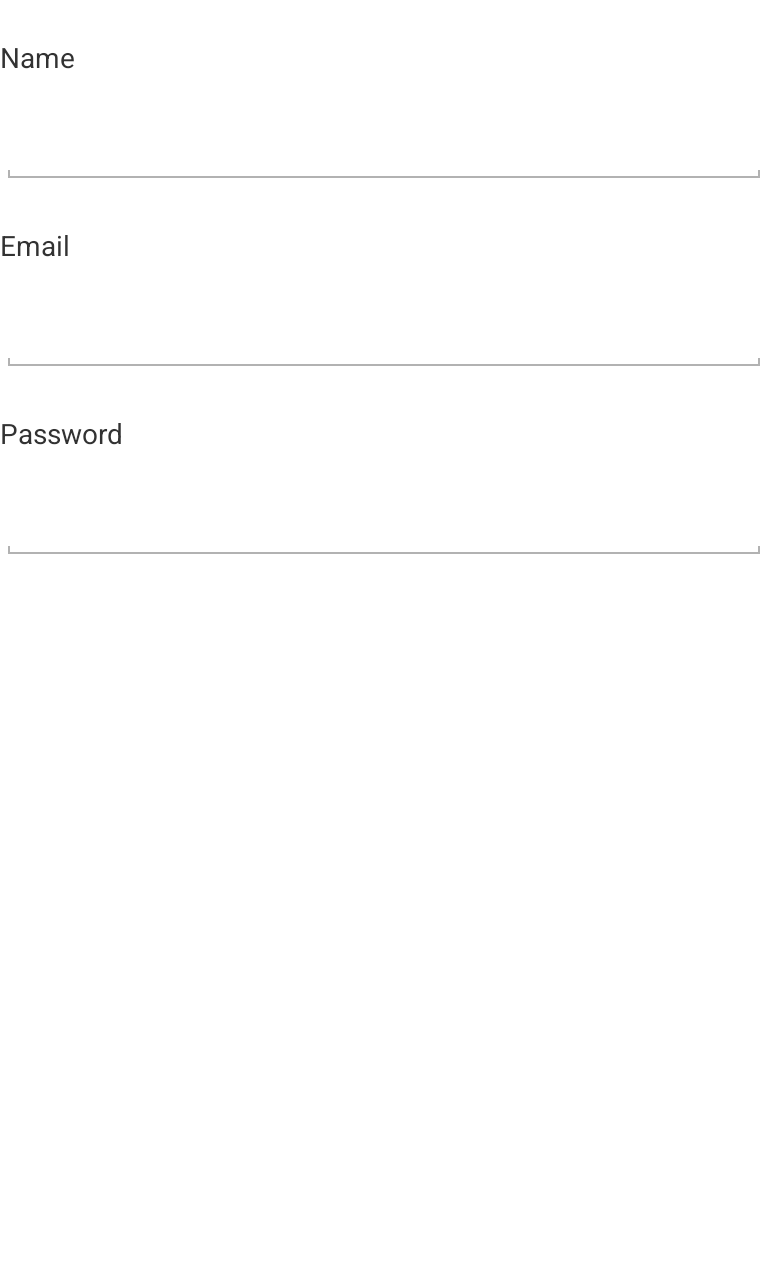
Repository: Harshil737/Career-Launcher
Layout: CareerLauncher/res/layout/item_profile_update.xml
The author's editor kept a copy of each file at every save. The layout is drawn from the files as they stood at one save, then again after the next save.
It is drawn on a 768 x 1280 px phone screen (xhdpi) without system bars, with theme AppTheme; the app's code is not run.

Above is the layout before, as saved 2017-11-05 13:14:37.

### CareerLauncher/res/layout/item_profile_update.xml
<?xml version="1.0" encoding="utf-8"?>
<LinearLayout xmlns:android="http://schemas.android.com/apk/res/android"
    android:layout_width="match_parent"
    android:layout_height="match_parent"
    android:orientation="vertical" >

    <TextView
        android:layout_width="match_parent"
        android:layout_height="wrap_content" />

    <TextView
        android:id="@+id/item_profile_tv_name"
        android:layout_width="wrap_content"
        android:layout_height="wrap_content"
        android:paddingBottom="5dp"
        android:text="Name" />

    <EditText
        android:id="@+id/item_profile_name"
        android:layout_width="match_parent"
        android:layout_height="50dp"
        android:gravity="bottom" />

    <TextView
        android:id="@+id/item_profile_tv_email"
        android:layout_width="wrap_content"
        android:layout_height="wrap_content"
        android:paddingBottom="5dp"
        android:paddingTop="20dp"
        android:text="Email" />

    <EditText
        android:id="@+id/item_profile_mail"
        android:layout_width="match_parent"
        android:layout_height="50dp"
        android:gravity="bottom" />

    <TextView
        android:id="@+id/item_profile_tv_password"
        android:layout_width="wrap_content"
        android:layout_height="wrap_content"
        android:paddingBottom="5dp"
        android:paddingTop="20dp"
        android:text="Password" />

    <EditText
        android:id="@+id/item_profile_password"
        android:layout_width="match_parent"
        android:layout_height="50dp"
        android:gravity="bottom"
        android:inputType="textPassword" />

</LinearLayout>

### CareerLauncher/res/values/styles.xml
<resources>

    <style name="AppBaseTheme" parent="android:Theme.Light"></style>

    <!-- Application theme. -->
    <style name="AppTheme" parent="AppBaseTheme"></style>

</resources>

### CareerLauncher/res/values/colors.xml
<?xml version="1.0" encoding="utf-8"?>
<resources>

    <color name="colorPrimary">#3F51B5</color>
    <color name="colorPrimaryDark">#303F9F</color>
    <color name="colorAccent">#FF4081</color>
    <color name="colorWhite">#FFFFFF</color>
    <color name="offWhite">#dcdcdc</color>
    <color name="Black">#000000</color>
    <color name="Green">#388e3c</color>
    <color name="lightGreen">#00c853</color>
    <color name="Grey">#9e9e9e</color>
    <color name="yellow">#ffd600</color>

</resources>

Loaded but not shown: CareerLauncher/res/values-v11/styles.xml (common file); CareerLauncher/res/values-v14/styles.xml (common file)

After the next save:
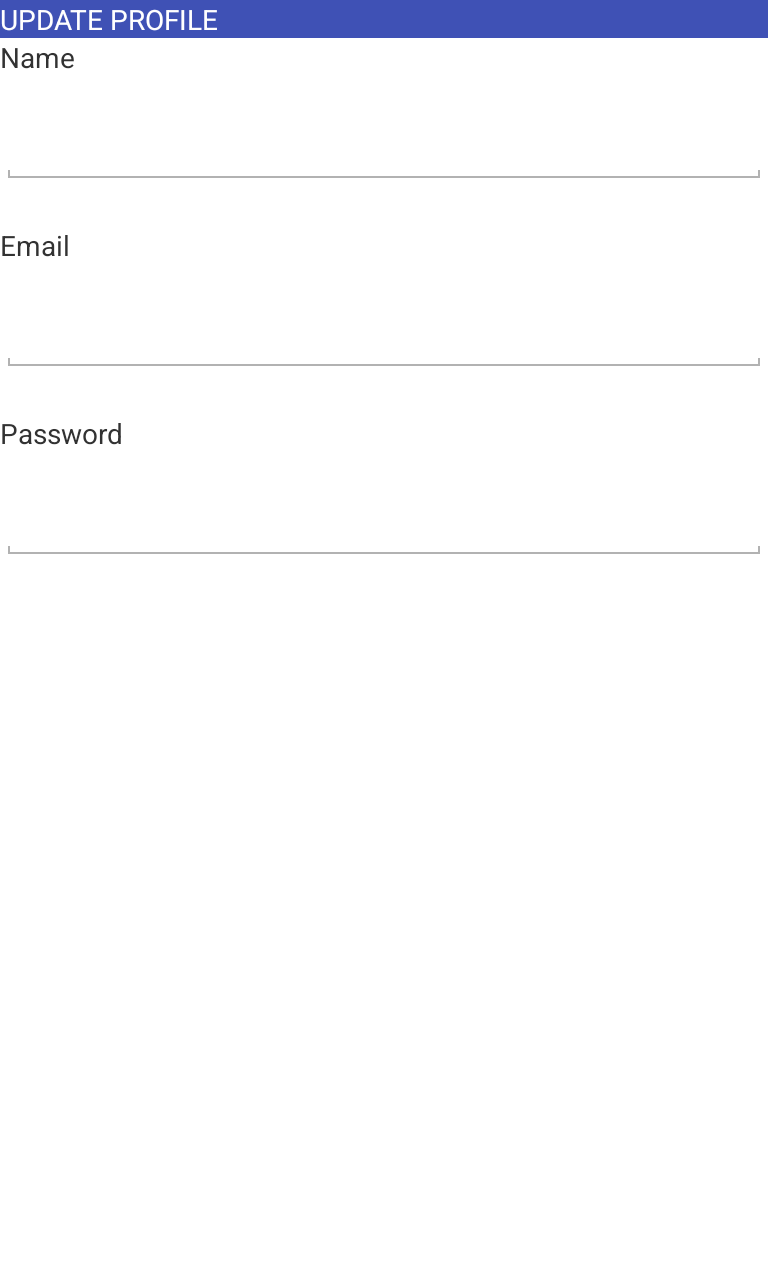
Saved 30 s later.
--- a/CareerLauncher/res/layout/item_profile_update.xml
+++ b/CareerLauncher/res/layout/item_profile_update.xml
@@ -6,7 +6,10 @@
 
     <TextView
         android:layout_width="match_parent"
-        android:layout_height="wrap_content" />
+        android:layout_height="wrap_content"
+        android:background="@color/colorPrimary"
+        android:text="UPDATE PROFILE"
+        android:textColor="@color/colorWhite" />
 
     <TextView
         android:id="@+id/item_profile_tv_name"
